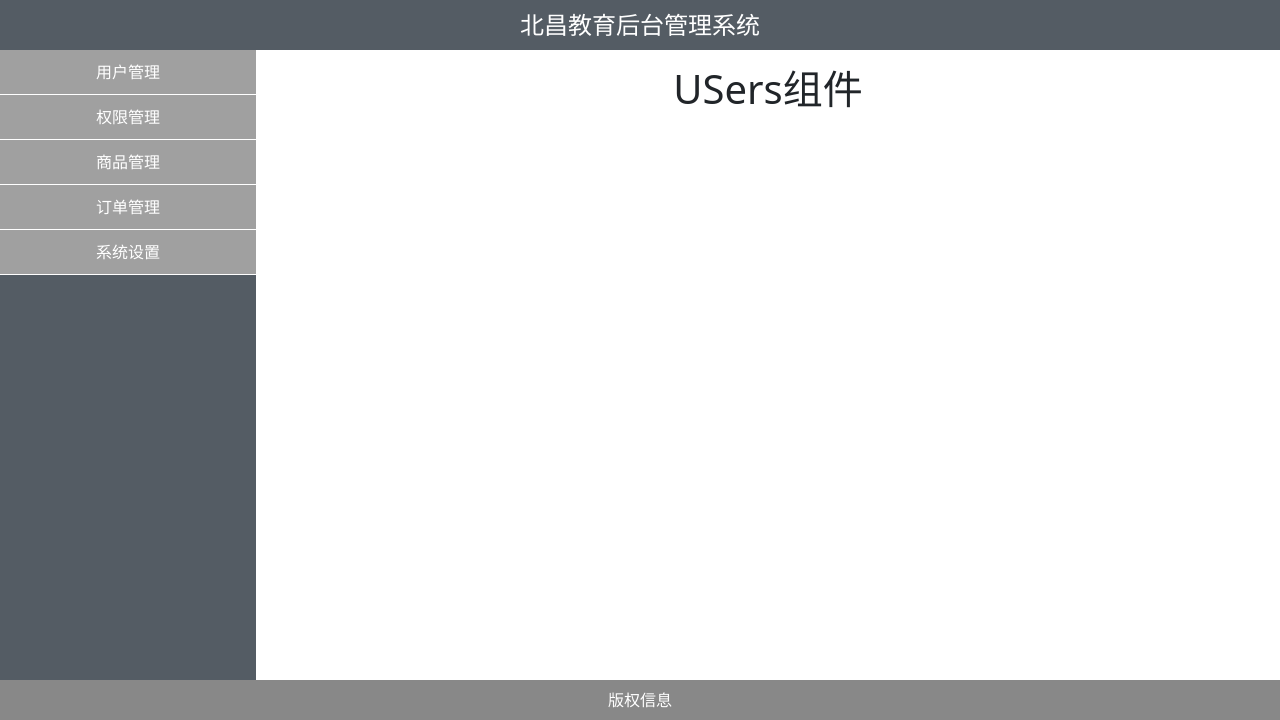
Repository: xiaosi0707/2212-v2
Page: /#/users
The author's editor kept a copy of each file at every save. The page is drawn from the files as they stood at one save, then again after the next save.
The browser window is 1280 px wide. The pictures show the whole page.
The project was rebuilt for these pictures with package versions that can differ from the ones it lists, and the page was loaded fresh each time. Also part of the build but not shown: vue.config.js, src/components/houtai/rights.vue.

Above is the page before, as saved 2023-11-01 15:03:03.

After the next save:
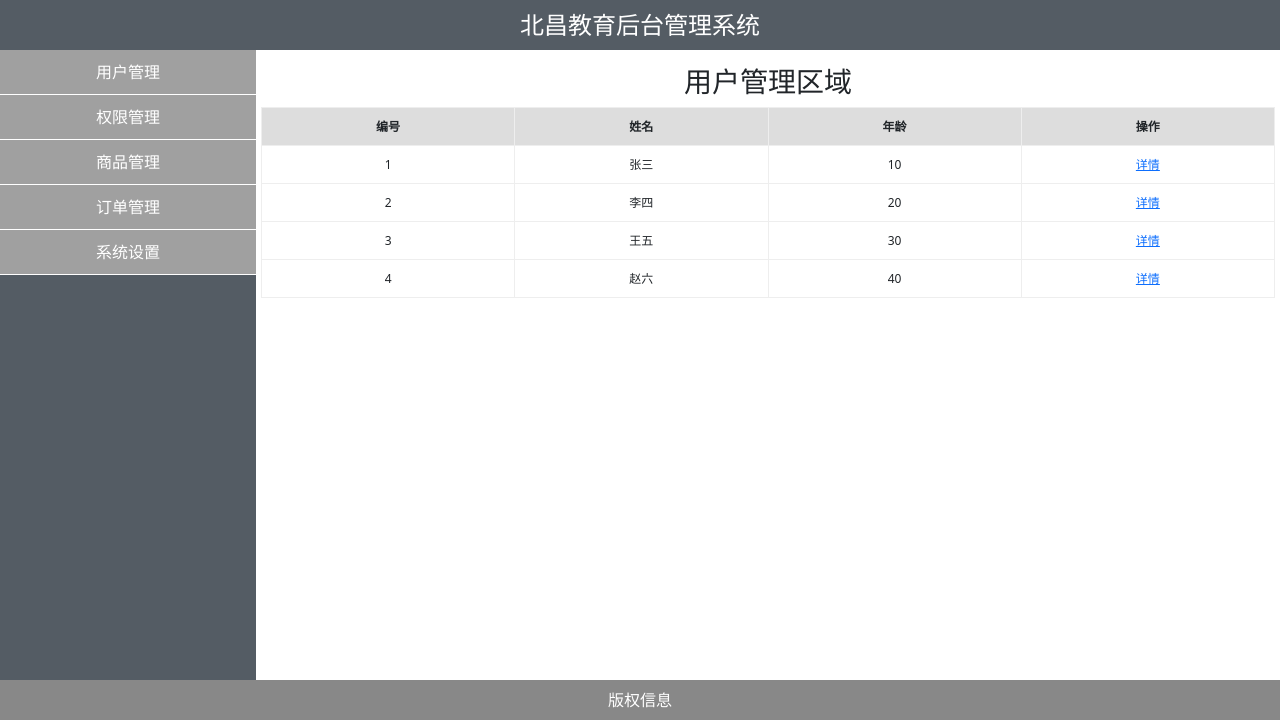
Saved 59 s later.
--- a/src/components/houtai/users.vue
+++ b/src/components/houtai/users.vue
@@ -1,5 +1,51 @@
 <template>
-    <h1>
-        USers组件
-    </h1>
-</template>
+    <div>
+      <h3>用户管理区域</h3>
+      <table>
+        <thead>
+          <tr><th>编号</th><th>姓名</th><th>年龄</th><th>操作</th></tr>
+        </thead>
+        <tbody>
+          <tr v-for="item in users" :key="item.id">
+            <td>{{ item.id }}</td>
+            <td>{{ item.uname }}</td>
+            <td>{{ item.age }}</td>
+            <td>
+              <a href="javascript:;">详情</a>
+            </td>
+          </tr>
+        </tbody>
+      </table>
+    </div>
+  </template>
+
+  <script>
+  export default {
+    data() {
+      return {
+        users: [
+          { id: 1, uname: '张三', age: 10 },
+          { id: 2, uname: '李四', age: 20 },
+          { id: 3, uname: '王五', age: 30 },
+          { id: 4, uname: '赵六', age: 40 }
+        ]
+      }
+    }
+  }
+  </script>
+
+  <style scoped>
+  table {
+    width: 100%;
+    border-collapse: collapse;
+  }
+  td,
+  th {
+    border: 1px solid #eee;
+    line-height: 35px;
+    font-size: 12px;
+  }
+  th {
+    background-color: #ddd;
+  }
+  </style>
